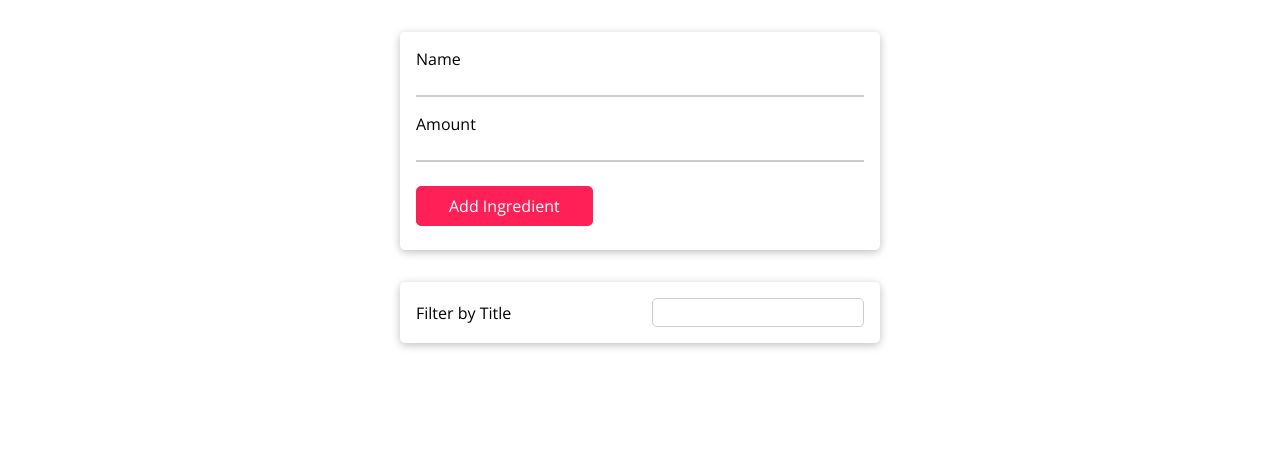
Repository: davinder-kumar/React-Hooks
Page: /
The author's editor kept a copy of each file at every save. The page is drawn from the files as they stood at one save, then again after a run of saves.
The browser window is 1280 px wide. The pictures show the whole page.
The project was rebuilt for these pictures with package versions that can differ from the ones it lists, and the page was loaded fresh each time.

Above is the page before, as saved 2020-03-08 12:52:13.

### src/components/Ingredients/Ingredients.js
import React from 'react';

import IngredientForm from './IngredientForm';
import IngredientList from './IngredientList'
import Search from './Search';

function Ingredients() {
  return (
    <div className="App">
      <IngredientForm />

      <section>
        <Search />
        {/* Need to add list here! */}
      </section>
    </div>
  );
}

export default Ingredients;

### src/components/Ingredients/IngredientForm.js
import React, { useState } from 'react';

import Card from '../UI/Card';
import './IngredientForm.css';

const IngredientForm = React.memo(props => {
  const [enteredTitle, setTitle] = useState('');
  const [enteredAmount, setAmount] = useState('');
  // console.log(state)
  const submitHandler = event => {
    event.preventDefault();
    // ...
  };

  return (
    <section className="ingredient-form">
      <Card>
        <form onSubmit={submitHandler}>
          <div className="form-control">
            <label htmlFor="title">Name</label>
            <input type="text"
              id="title"
              value={enteredTitle}
              onChange={event => {
                setTitle(event.target.value)
              }
              }

            />
          </div>
          <div className="form-control">
            <label htmlFor="amount">Amount</label>
            <input type="number"
              id="amount"
              value={enteredAmount}
              onChange={event => {
                setAmount(event.target.value)
              }
              }
            />
          </div>
          <div className="ingredient-form__actions">
            <button type="submit">Add Ingredient</button>
          </div>
        </form>
      </Card>
    </section>
  );
});

export default IngredientForm;

Loaded but not shown: public/index.html (common file); src/index.js (common file); src/index.css (common file); src/App.js (common file); src/components/Ingredients/Search.js (common file); src/components/UI/Card.js (common file); src/components/Ingredients/IngredientForm.css (common file); src/components/Ingredients/Search.css (common file); src/components/UI/Card.css (common file); src/components/Ingredients/IngredientList.js (common file); src/components/Ingredients/IngredientList.css (common file)

After the next 5 saves:
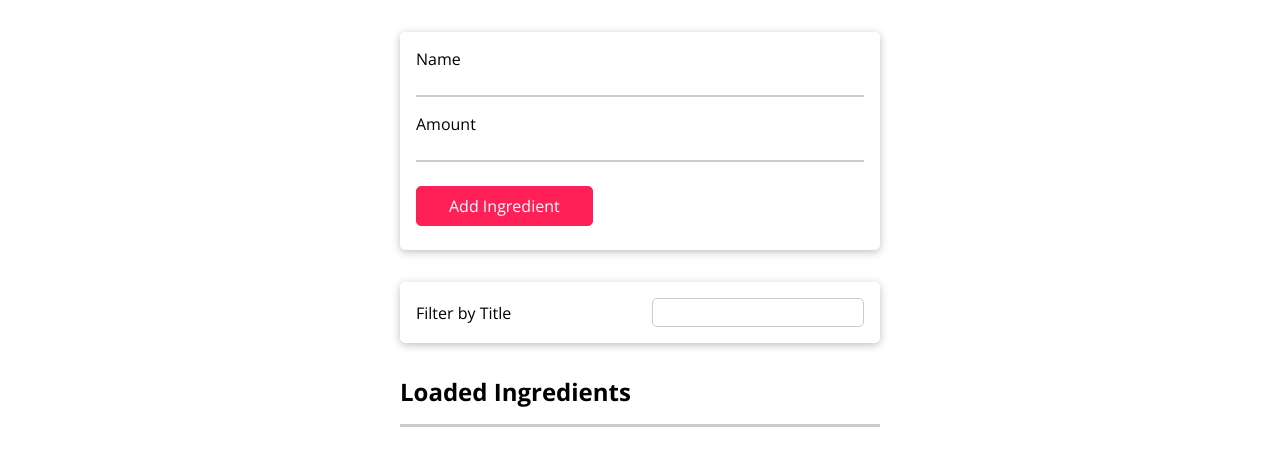
The 5 saves are shown as one change because 4 did not build or start.
The last was saved 2 min 15 s later.
--- a/src/components/Ingredients/Ingredients.js
+++ b/src/components/Ingredients/Ingredients.js
@@ -1,17 +1,18 @@
-import React from 'react';
+import React, {useState} from 'react';
 
 import IngredientForm from './IngredientForm';
 import IngredientList from './IngredientList'
 import Search from './Search';
 
 function Ingredients() {
+  const [userIngredients,setUserIngredients] = useState([]);
   return (
     <div className="App">
       <IngredientForm />
 
       <section>
         <Search />
-        {/* Need to add list here! */}
+        <IngredientList ingredients={userIngredients} />
       </section>
     </div>
   );
